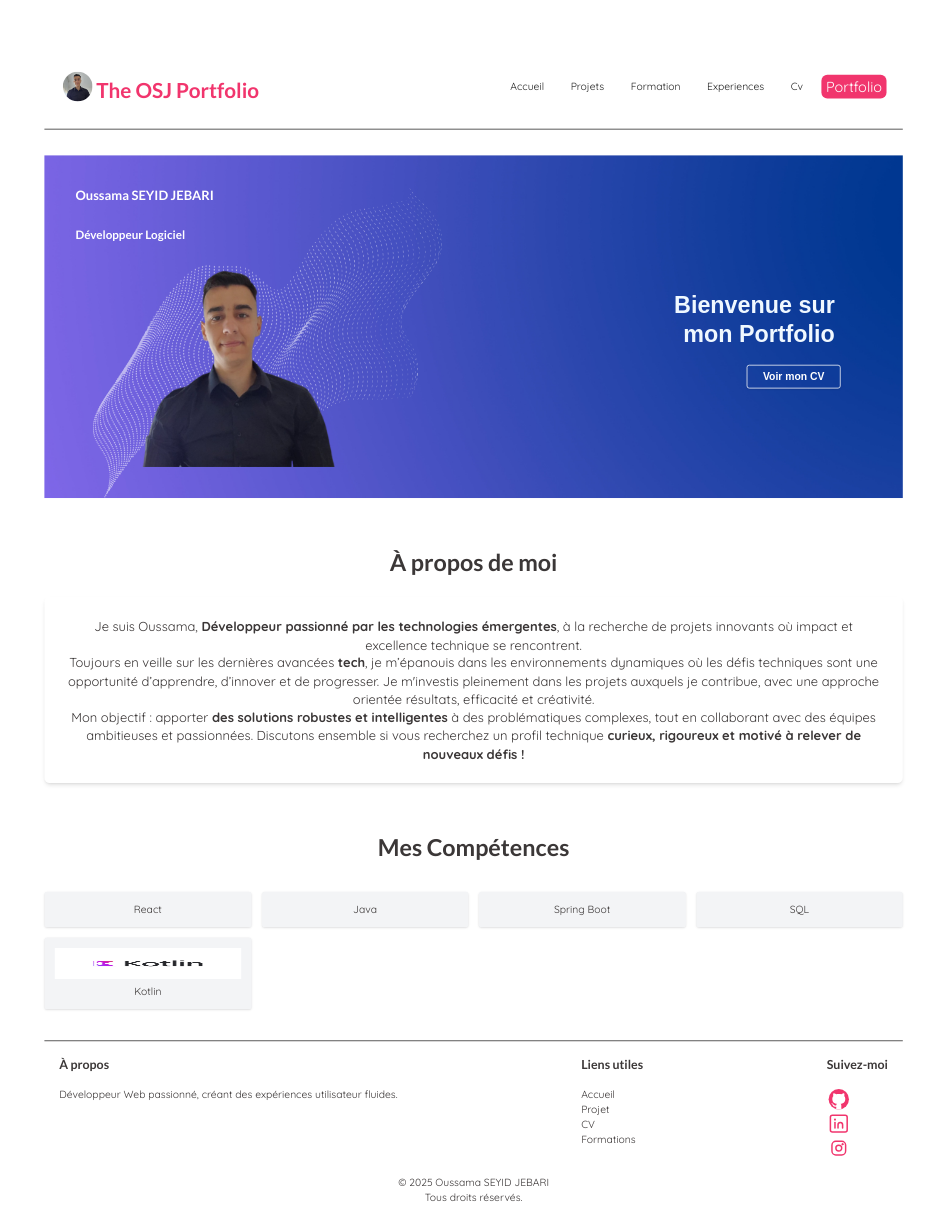
Repository: OussamSJ/Portfolio
Page: /
These files come from the project's save history. The page is drawn as it stood at one moment and after the next save; the edit follows.
The browser window is 1280 px wide. The pictures show the whole page, at 74% of full size.
The project was rebuilt for these pictures with package versions that can differ from the ones it lists, and the page was loaded fresh each time. Also part of the build but not shown: src/BlogList.js, src/Cv.js, src/Expcomponent.js, src/Experiences.js, src/FormationComponent.js, src/Formation.js, src/projets/ProjetComponent.js, src/projets/Projet.js and 3 more.

Above is the page before, as saved 2025-07-23 12:56:28.

After the next save:
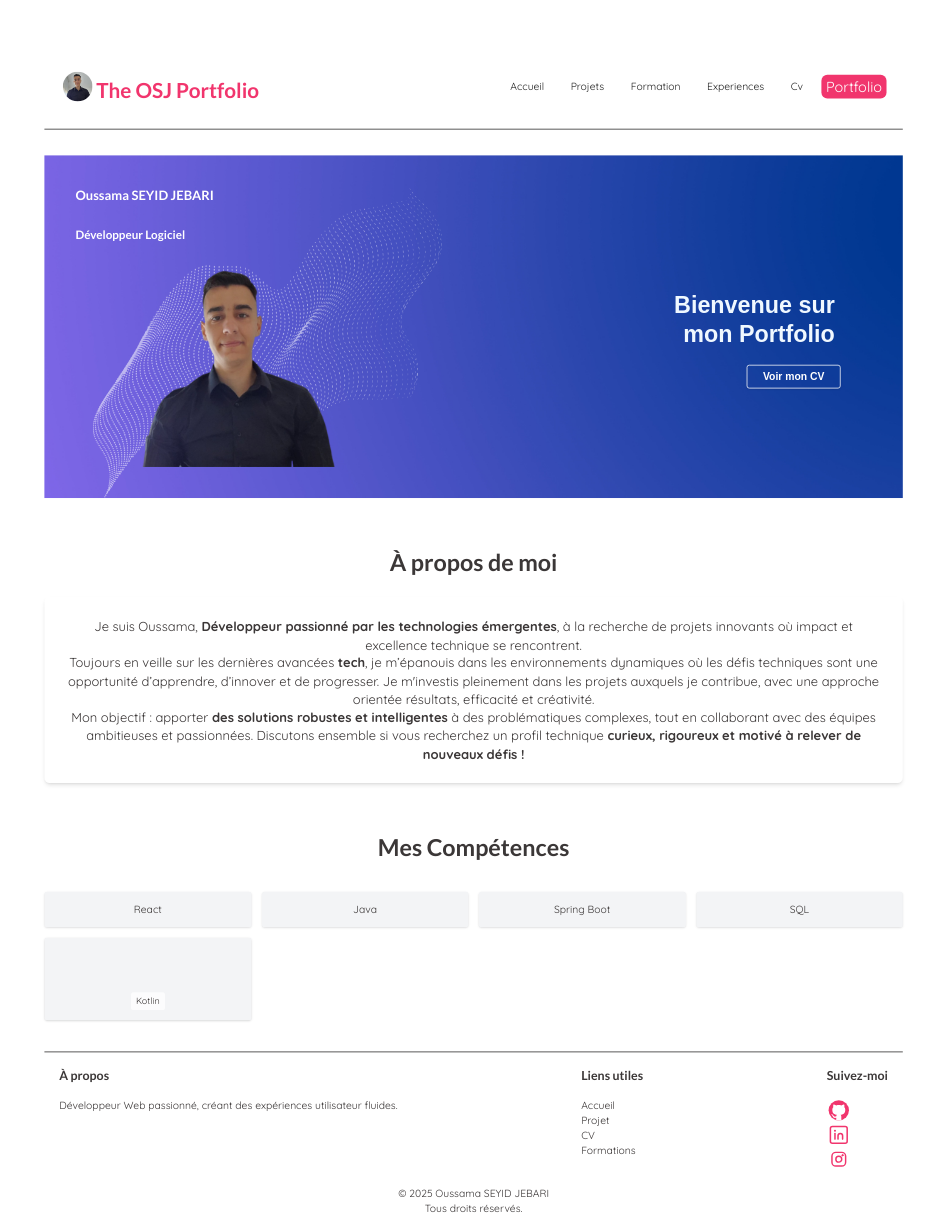
Not found: images/kotlin.png
Saved 111 s later.
--- a/src/Home.js
+++ b/src/Home.js
@@ -68,7 +68,10 @@
           <div className="p-4 bg-gray-100 rounded shadow">Java</div>
           <div className="p-4 bg-gray-100 rounded shadow">Spring Boot</div>
           <div className="p-4 bg-gray-100 rounded shadow">SQL</div>
-          <div className="p-4 bg-gray-100 rounded shadow"><img src="kotlin.png" alt="Kotlin" className="w-full h-12 mb-2" /><span>Kotlin</span></div>
+          <div
+            className="p-4 bg-gray-100 rounded shadow bg-no-repeat bg-center bg-contain h-32 flex items-end justify-center" style={{ backgroundImage: "url('/images/kotlin.png')" }}>
+            <span className="bg-white bg-opacity-75 px-2 py-1 rounded text-sm">Kotlin</span>
+          </div>
         </div>
       </section>
 
